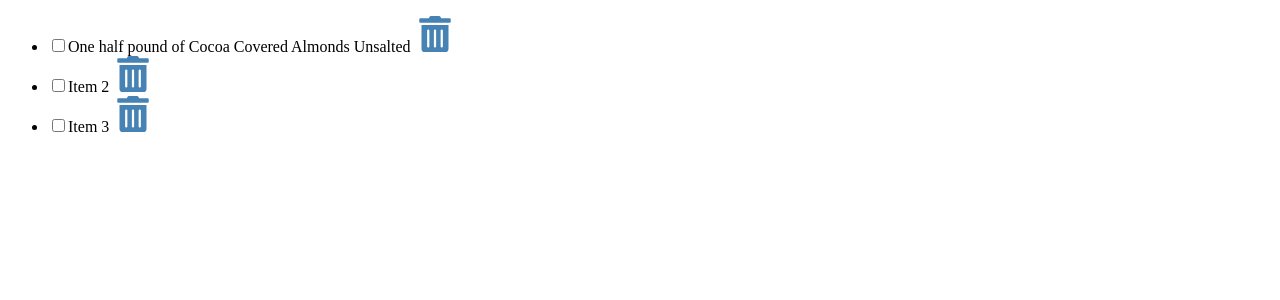
Repository: akinmiday/react-series
Page: /
The author's editor kept a copy of each file at every save. The page is drawn from the files as they stood at one save, then again after the next save.
The browser window is 1280 px wide. The pictures show the whole page.
The project was rebuilt for these pictures with package versions that can differ from the ones it lists, and the page was loaded fresh each time. Also part of the build but not shown: vite.config.js, src/index.css.

Above is the page before, as saved 2023-08-21 17:58:46.

### src/App.jsx
import { useState } from 'react'
import { FaTrashAlt } from "react-icons/fa"
import './App.css'

const App = () => {

  const [items, setItems] = useState([
    {
      id: 1,
      checked: false,
      item: "One half pound of Cocoa Covered Almonds Unsalted"
    },
    {
      id: 2,
      checked: false,
      item: "Item 2"
    },
    {
      id: 3,
      checked: false,
      item: "Item 3"

    }
  ])


  return (
    <>
      <ul>
        {items.map((item) => (
          <li className='item' key={item.id} >
            <input
              type='checkbox'
              checked={item.checked}
            />
            <label>{item.item}</label>
            <FaTrashAlt
              role='button'
              tabIndex="0"
            />
          </li>
        ))}
      </ul>
    </>
  )
}

export default App

### src/App.css
.item svg{
    width: 48px;
    min-width: 48px;
    height: 36px;
    font-size: 2px;
    color: steelblue;
    cursor: pointer;
}

.item svg:focus,
.item svg:hover{
    color: red;
    outline: none;
}

Loaded but not shown: index.html (common file); src/main.jsx (common file)

After the next save:
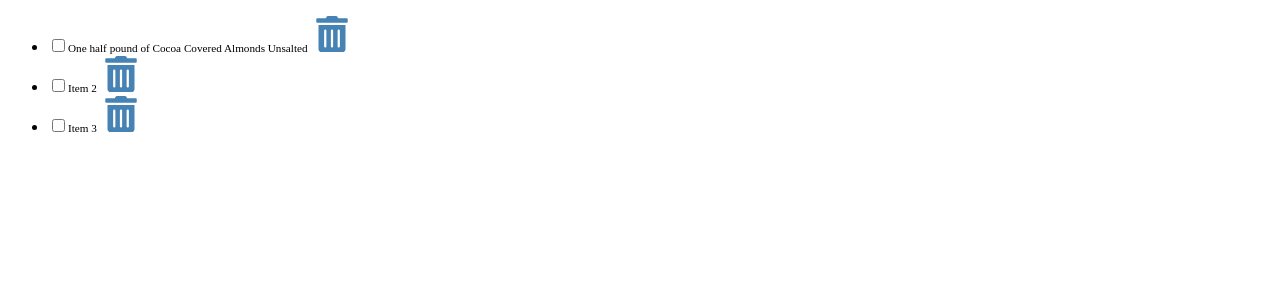
Saved 54 s later.
--- a/src/App.css
+++ b/src/App.css
@@ -1,3 +1,8 @@
+.item > label{
+    font-size: 0.7rem;
+    flex-grow: 1;
+}
+
 .item svg{
     width: 48px;
     min-width: 48px;
